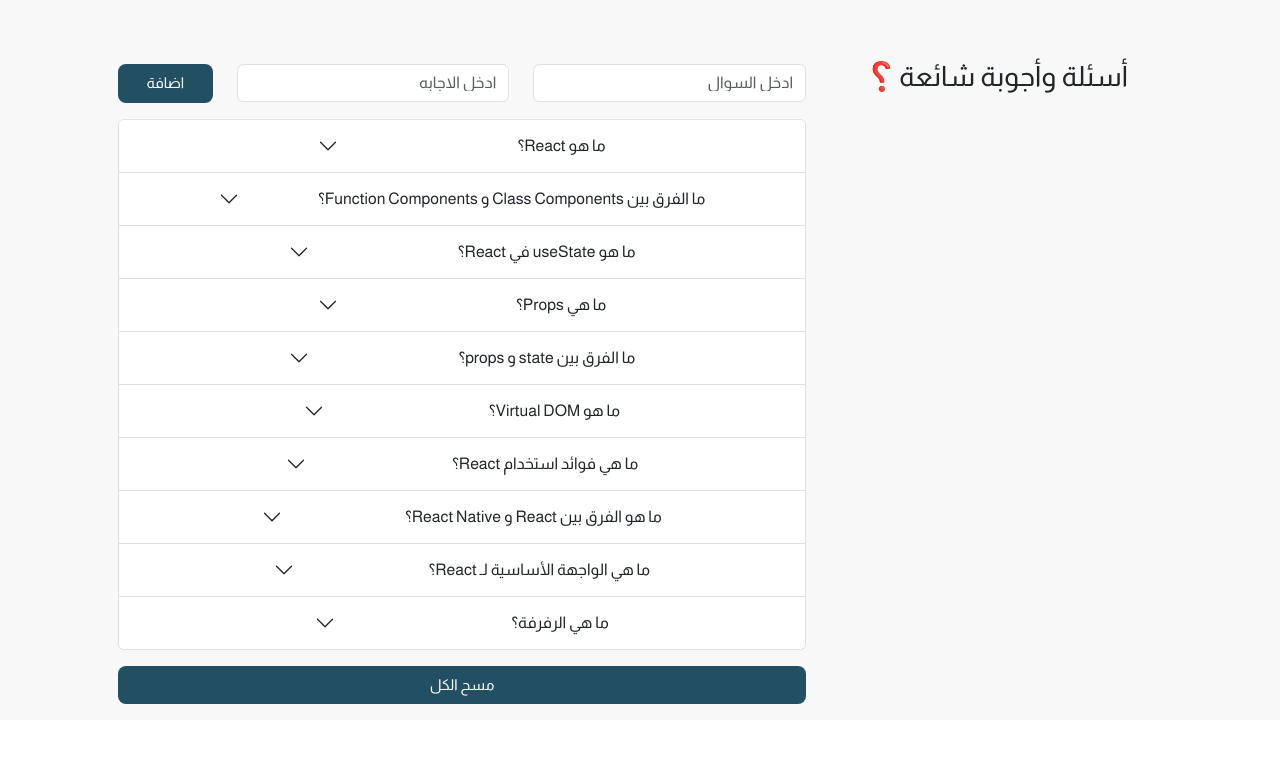
Repository: kerlos-alfy/Questions-And-Answers
Page: /
The author's editor kept a copy of each file at every save. The page is drawn from the files as they stood at one save, then again after the next save.
The browser window is 1280 px wide. The pictures show the whole page.
Some web fonts or font styles are not loaded; a fallback is used. The project was rebuilt for these pictures with package versions that can differ from the ones it lists, and the page was loaded fresh each time. Also part of the build but not shown: vite.config.js, src/App.css.

Above is the page before, as saved 2024-12-19 07:10:18.

After the next save:
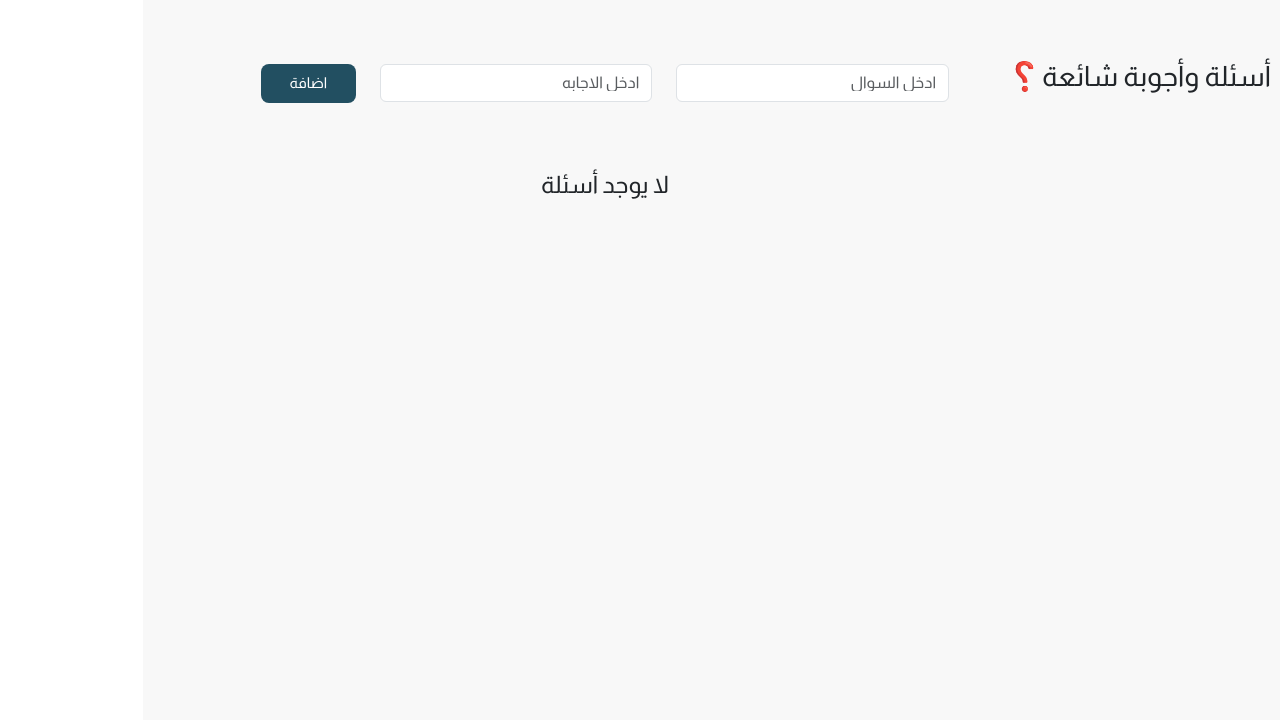
Saved 30 s later.
--- a/src/data.js
+++ b/src/data.js
@@ -1,43 +1,45 @@
-export const question = [
-	{
-		question: "ما هو React؟",
-		answer: "React مكتبة JavaScript تُستخدم لبناء واجهات المستخدم الديناميكية.",
-	},
-	{
-		question: "ما الفرق بين Class Components و Function Components؟",
-		answer:
-			"Class Components تعتمد على ES6 classes وتُستخدم مع الطرق التقليدية، بينما Function Components تعتمد على دوال JavaScript العادية وتدعم استخدام Hooks.",
-	},
-	{
-		question: "ما هو useState في React؟",
-		answer: "useState هو Hook يُستخدم لإدارة الحالة (state) داخل Function Components.",
-	},
-	{
-		question: "ما هي Props؟",
-		answer: "Props هي خصائص تُمرر إلى المكونات كوسيلة لنقل البيانات من مكون أبوي إلى مكون فرعي.",
-	},
-	{
-		question: "ما الفرق بين state و props؟",
-		answer: "State تُستخدم لإدارة البيانات الداخلية للمكون، بينما props تُستخدم لنقل البيانات بين المكونات.",
-	},
-	{
-		question: "ما هو Virtual DOM؟",
-		answer: "Virtual DOM هو نسخة خفيفة من DOM الفعلي تُستخدم لتحسين الأداء في React.",
-	},
-	{
-		question: "ما هي فوائد استخدام React؟",
-		answer: "سهولة إعادة الاستخدام، الأداء العالي بفضل Virtual DOM، والمجتمع الضخم الداعم.",
-	},
-	{
-		question: "ما هو الفرق بين React و React Native؟",
-		answer: "React تُستخدم لبناء تطبيقات الويب، بينما React Native تُستخدم لبناء تطبيقات الهاتف المحمول.",
-	},
-	{
-		question: "ما هي الواجهة الأساسية لـ React؟",
-		answer: "الواجهة الأساسية لـ React هي JSX، وهي عبارة عن امتداد لـ JavaScript يسمح بكتابة HTML داخل JavaScript.",
-	},
-	{
-		question: "ما هي الرفرفة؟",
-		answer: "الرفرفة (rendering) هي عملية تحديث واجهة المستخدم بناءً على التغيرات في البيانات أو الحالة.",
-	},
-];
+export const question = [];
+
+// export const question = [
+// 	{
+// 		question: "ما هو React؟",
+// 		answer: "React مكتبة JavaScript تُستخدم لبناء واجهات المستخدم الديناميكية.",
+// 	},
+// 	{
+// 		question: "ما الفرق بين Class Components و Function Components؟",
+// 		answer:
+// 			"Class Components تعتمد على ES6 classes وتُستخدم مع الطرق التقليدية، بينما Function Components تعتمد على دوال JavaScript العادية وتدعم استخدام Hooks.",
+// 	},
+// 	{
+// 		question: "ما هو useState في React؟",
+// 		answer: "useState هو Hook يُستخدم لإدارة الحالة (state) داخل Function Components.",
+// 	},
+// 	{
+// 		question: "ما هي Props؟",
+// 		answer: "Props هي خصائص تُمرر إلى المكونات كوسيلة لنقل البيانات من مكون أبوي إلى مكون فرعي.",
+// 	},
+// 	{
+// 		question: "ما الفرق بين state و props؟",
+// 		answer: "State تُستخدم لإدارة البيانات الداخلية للمكون، بينما props تُستخدم لنقل البيانات بين المكونات.",
+// 	},
+// 	{
+// 		question: "ما هو Virtual DOM؟",
+// 		answer: "Virtual DOM هو نسخة خفيفة من DOM الفعلي تُستخدم لتحسين الأداء في React.",
+// 	},
+// 	{
+// 		question: "ما هي فوائد استخدام React؟",
+// 		answer: "سهولة إعادة الاستخدام، الأداء العالي بفضل Virtual DOM، والمجتمع الضخم الداعم.",
+// 	},
+// 	{
+// 		question: "ما هو الفرق بين React و React Native؟",
+// 		answer: "React تُستخدم لبناء تطبيقات الويب، بينما React Native تُستخدم لبناء تطبيقات الهاتف المحمول.",
+// 	},
+// 	{
+// 		question: "ما هي الواجهة الأساسية لـ React؟",
+// 		answer: "الواجهة الأساسية لـ React هي JSX، وهي عبارة عن امتداد لـ JavaScript يسمح بكتابة HTML داخل JavaScript.",
+// 	},
+// 	{
+// 		question: "ما هي الرفرفة؟",
+// 		answer: "الرفرفة (rendering) هي عملية تحديث واجهة المستخدم بناءً على التغيرات في البيانات أو الحالة.",
+// 	},
+// ];
